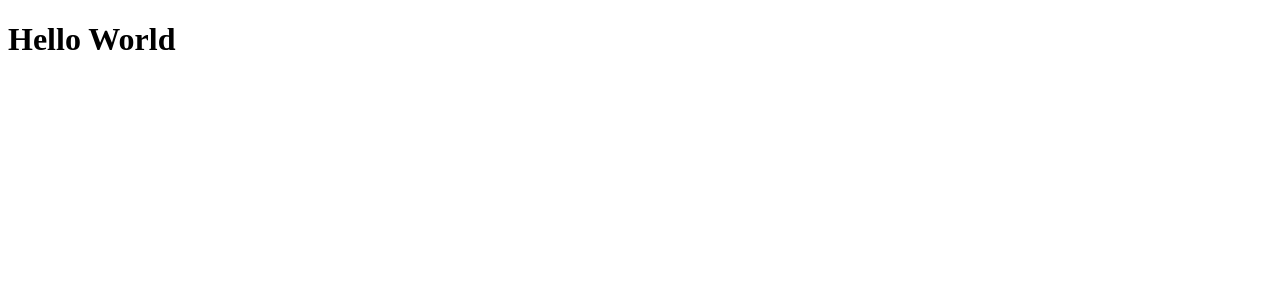
Repository: malhotratanmay98/jsp-servlet
Page: app1/WebContent/cal.html
The author's editor kept a copy of each file at every save. The page is drawn from the files as they stood at one save, then again after the next save.
The browser window is 1280 px wide. The pictures show the whole page.

Above is the page before, as saved 2022-02-03 18:36:35.

### app1/WebContent/cal.html
<!DOCTYPE html>
<html>
<head>
<meta charset="ISO-8859-1">
<title>My Calculator</title>
</head>
<body>
<h1>Hello World</h1>
</body>
</html>

After the next save:
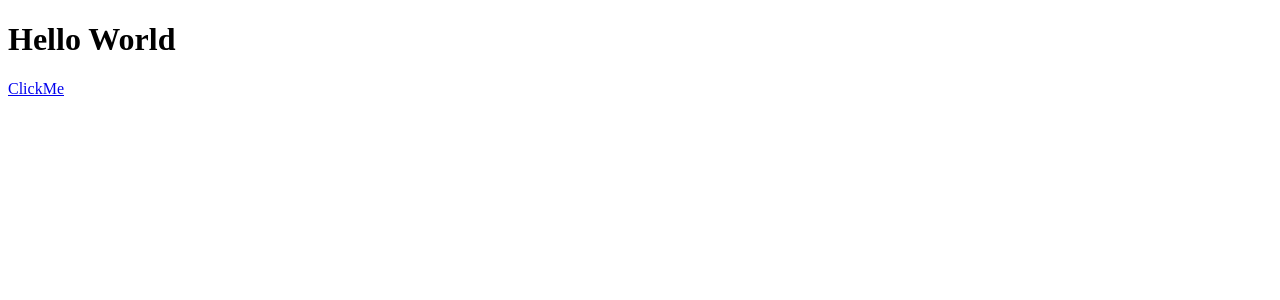
Saved 26 min 24 s later.
--- a/app1/WebContent/cal.html
+++ b/app1/WebContent/cal.html
@@ -6,5 +6,6 @@
 </head>
 <body>
 <h1>Hello World</h1>
+<a href="HelloController">ClickMe</a>
 </body>
 </html>
